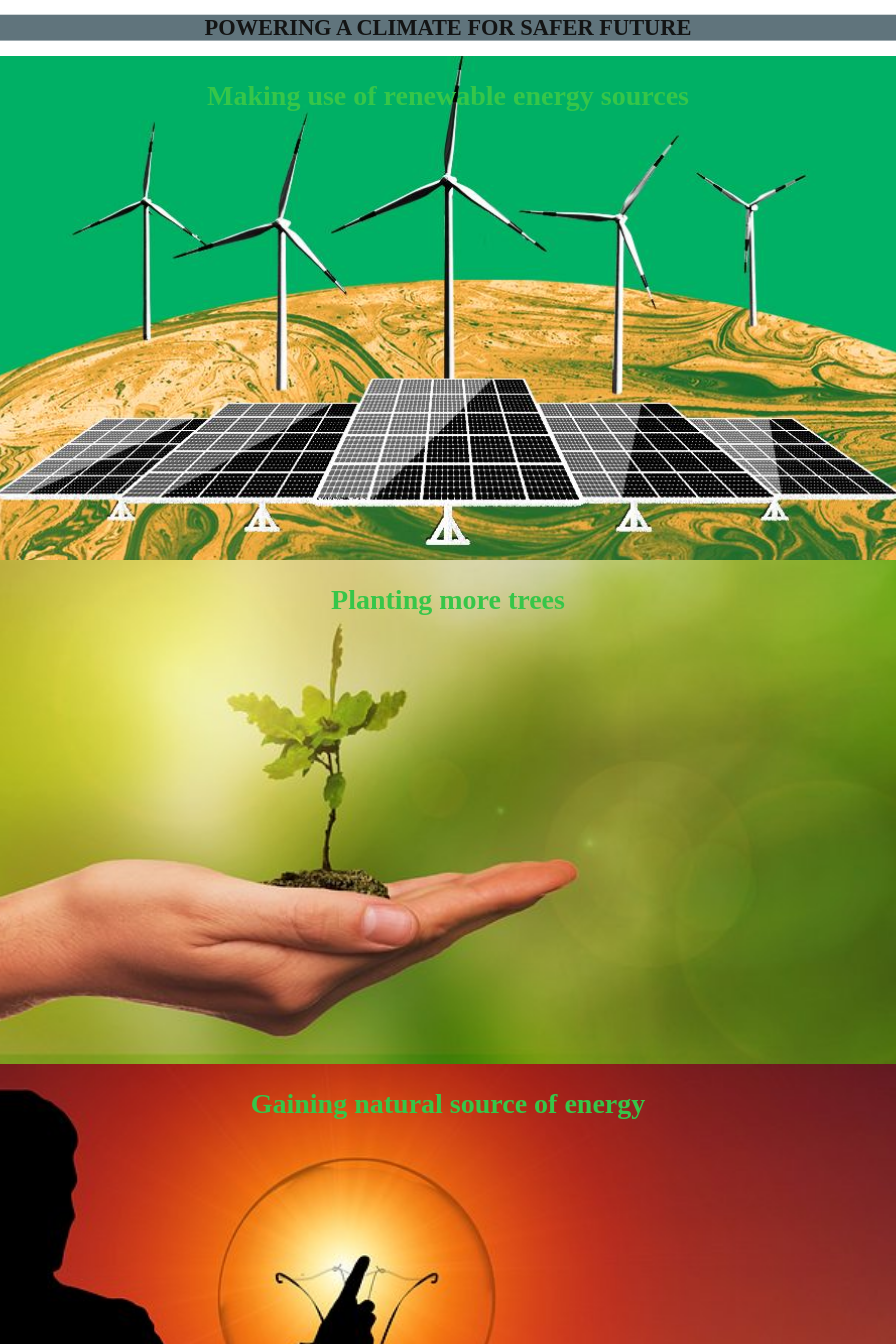
Repository: NavinDayanithi/static-web-design-competition
Page: index.html
The author's editor kept a copy of each file at every save. The page is drawn from the files as they stood at one save, then again after the next save.
The browser window is 1280 px wide. The pictures show the part of the page from y = 0 to 1920 px (the page is 4420 px tall), at 70% of full size.
Backgrounds fixed to the window are drawn as part of the page.

Above is the page before, as saved 2023-04-28 20:42:28.

### index.html
<!DOCTYPE html>
<html lang="en">
<head>
  <title>POWERING CLIMATE </title>
  <link rel="stylesheet" href="styles.css">
</head>
<body>
    <h1 >POWERING A CLIMATE FOR SAFER FUTURE</h1>
    <div class="box1">
        <h2>Making use of renewable energy sources</h2>
    </div>
    <div class="box2">
        <h2>Planting more trees</h2>
    </div>
    <div class="box3">
        <h2>Gaining natural source of energy</h2>
    </div>
    <div class="box4">
        <h2>Everyone is responsible</h2>
    </div>
    <div class="box5">
        <h2>Using Eco-friendly products</h2>
    </div>
    <div class="box6">
        <h2></h2>
    </div>
</body>
</html>

### styles.css

h1
{
    text-align:center;
    color:rgb(19, 20, 20);
    background-color: rgb(96, 116, 124);

}
h2{
    text-align: center;
    color: rgb(54, 198, 73);
    font-size:40px;
}

 body{
    margin: 0;
    padding: 0;
    /* background-color: blue; */
}
head{
    text-align: center;
}

.box1{
    height: 100vh;
    width:100%;
    background-image: url(img1.jpg);
    background-size: cover;
    background-position: center;
    display: table;
    background-attachment: fixed;
    color: aliceblue;
}

.box2{
    height: 100vh;
    width:100%;
    background-image: url(img2.jpg);
    background-size: cover;
    background-position: center;
    display: table;
    background-attachment: fixed;
}

.box3{
    height: 100vh;
    width:100%;
    background-image: url(img3.jpg);
    background-size:cover;
    display: table;
    background-attachment: fixed;

}


.box4{
    height: 100vh;
    width:100%;
    background-image: url(img4.jpg);
    background-size: cover;
    background-position: center;
    display: table;
    background-attachment: fixed;
}

.box5{
    height: 100vh;
    width:100%;
    background-image: url(img5.jpg);
    background-size: cover;
    /* background-position: center; */
    display: table;
    background-attachment: fixed;
}

.box6{
    height: 100vh;
    margin-top: 20px;
    width:100%;
    background-image: url(img6.jpg);
    background-size: cover;
   background-position: center;
    display: table;
    background-attachment: fixed;
}

After the next save:
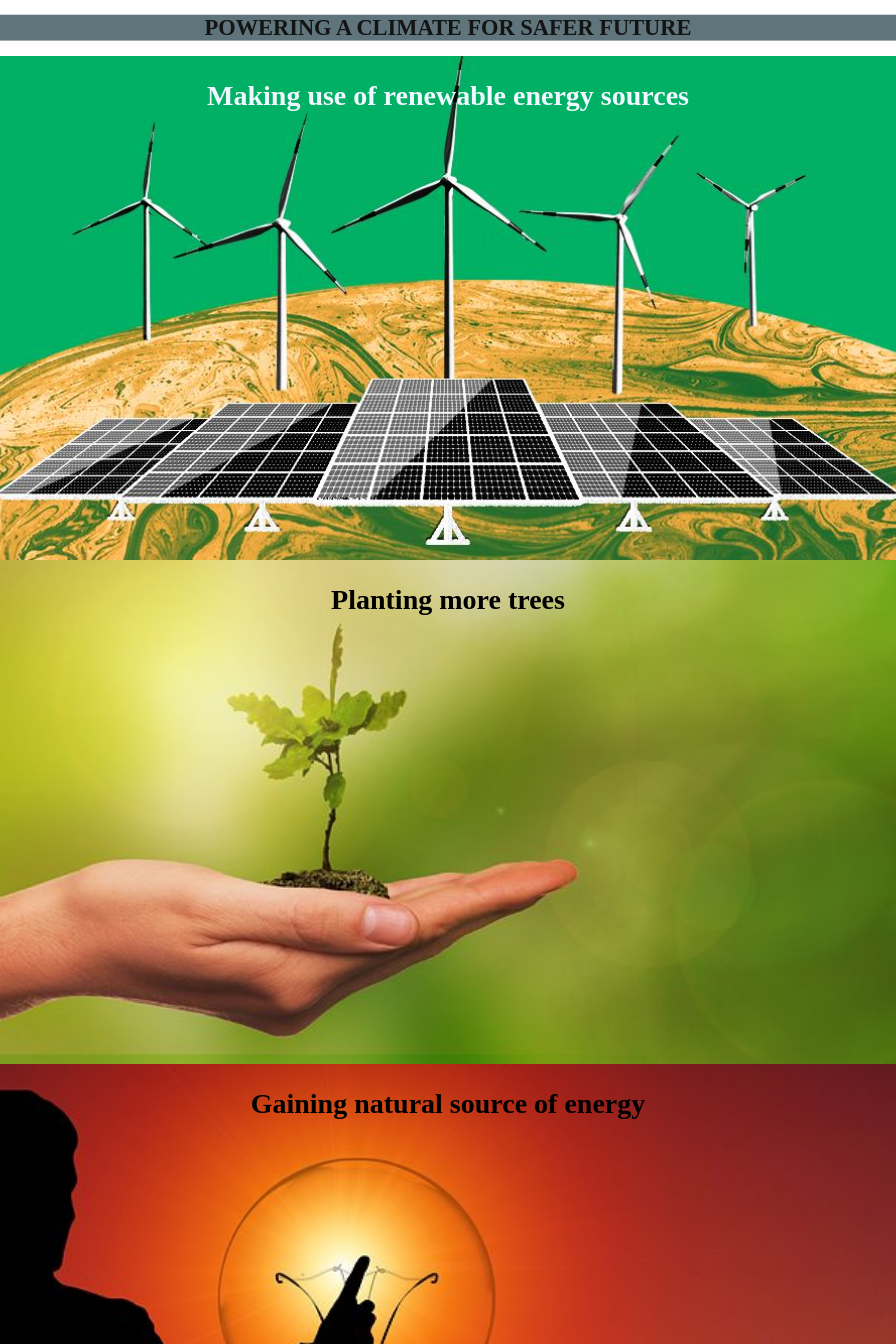
Saved 4 s later.
--- a/styles.css
+++ b/styles.css
@@ -8,7 +8,6 @@ h1
 }
 h2{
     text-align: center;
-    color: rgb(54, 198, 73);
     font-size:40px;
 }
 
